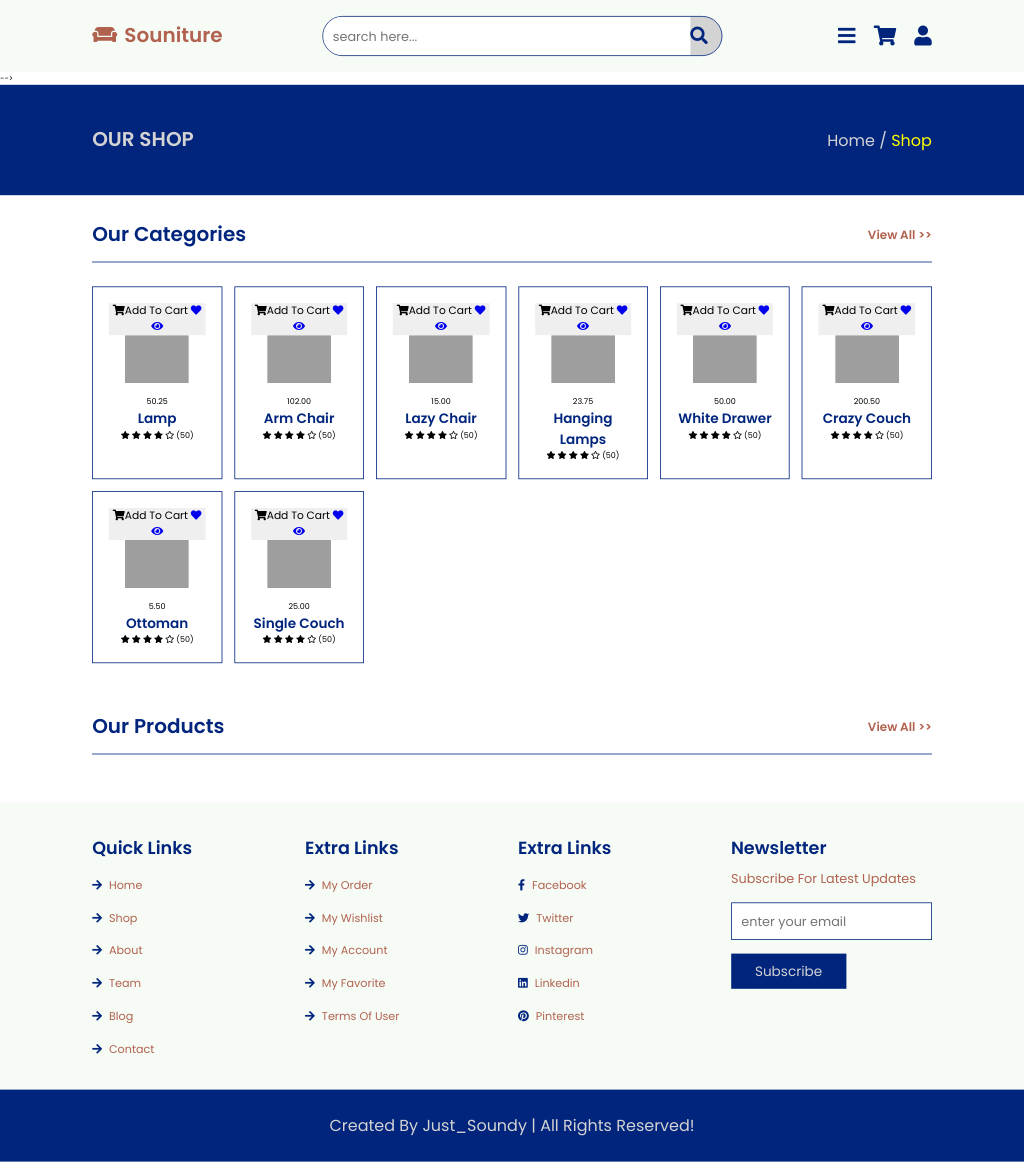
Repository: spencersoundy/furniture-store
Page: shop.html
An editor plug-in stored every save of this project. The page is shown before and after a run of saves, followed by the edit.
The browser window is 1280 px wide. The pictures show the whole page, at 80% of full size.
Pictures or frames that could not be fetched are drawn as grey boxes.

Above is the page before, as saved 2023-05-02 15:24:19.
Console error: TypeError: Cannot read properties of null (reading 'addEventListener')

### shop.html
<!DOCTYPE html>
<html lang="en">
<head>
    <meta charset="UTF-8">
    <meta http-equiv="X-UA-Compatible" content="IE=edge">
    <meta name="viewport" content="width=device-width, initial-scale=1.0">
    <title>shop</title>

    <!-- font awesome cdn link  -->
    <link rel="stylesheet" href="https://cdnjs.cloudflare.com/ajax/libs/font-awesome/5.15.4/css/all.min.css">

    <!-- custom css file link  -->
    <link rel="stylesheet" href="css/style.css">

</head>
<body>

<!-- header section starts  -->

<header class="header">

    <a href="home.html" class="logo"> <i class="fas fa-couch"></i> Souniture </a>

    <form action="" class="search-form">
        <input type="search" placeholder="search here..." id="search-box">
        <label for="search-box" class="fas fa-search"></label>
    </form>

    <div class="icons">
        <div id="menu-btn" class="fas fa-bars"></div>
        <div id="search-btn" class="fas fa-search"></div>
        <div id="cart-btn" class="fas fa-shopping-cart"></div>
        <div id="login-btn" class="fas fa-user"></div>
    </div>

</header>

<!-- header section ends  -->

<!-- closer btn  -->

<div id="closer" class="fas fa-times"></div>

<!-- navbar  -->

<nav class="navbar">
    <a href="home.html">home</a>
    <a href="shop.html">shop</a>
    <a href="about.html">about</a>
    <a href="team.html">team</a>
    <a href="blog.html">blog</a>
    <a href="contact.html">contact</a>
</nav>

<!-- shopping cart  -->

<div class="shopping-cart">

    <div class="box">
        <i class="fas fa-times"></i>
        <img src="image/cart-img-1.jpg" alt="">
        <div class="content">
            <h3>morden furniture</h3>
            <span class="quantity"> 1 </span>
            <span class="multiply"> x </span>
            <span class="price"> $140.00 </span>
        </div>
    </div>

     <div class="box">
        <i class="fas fa-times"></i>
        <img src="image/cart-img-2.jpg" alt="">
        <div class="content">
            <h3>morden furniture</h3>
            <span class="quantity"> 1 </span>
            <span class="multiply"> x </span>
            <span class="price"> $140.00 </span>
        </div>
    </div>

    <div class="box">
        <i class="fas fa-times"></i>
        <img src="image/cart-img-3.jpg" alt="">
        <div class="content">
            <h3>morden furniture</h3>
            <span class="quantity"> 1 </span>
            <span class="multiply"> x </span>
            <span class="price"> $140.00 </span>
        </div>
    </div>

    <div class="box">
        <i class="fas fa-times"></i>
        <img src="image/cart-img-4.jpg" alt="">
        <div class="content">
            <h3>morden furniture</h3>
            <span class="quantity"> 1 </span>
            <span class="multiply"> x </span>
            <span class="price"> $140.00 </span>
        </div>
    </div>

    <h3 class="total"> total : <span>$560.00</span> </h3>

    <a href="#" class="btn">checkout cart</a>

</div> -->

<!-- login form  -->

<div class="login-form">

    <form action="">
        <h3>login form</h3>
        <input type="email" placeholder="enter your email" class="box">
        <input type="password" placeholder="enter your password" class="box">
        <div class="remember">
            <input type="checkbox" name="" id="remember-me">
            <label for="remember-me">remember me</label>
        </div>
        <input type="submit" value="login now" class="btn">
        <p>forget password? <a href="#">click here</a></p>
        <p>don't have an account? <a href="#">create now</a></p>
    </form>

</div>

<section class="heading">
    <h3>our shop</h3>
    <p> <a href="home.html">home</a> / <span>shop</span> </p>
</section>

<section class="category">

    <h1 class="title"> <span>our categories</span> <a href="#">view all >></a> </h1>

    <div class="box-container">

        <a href="#" class="box">
            <img src="image/icon-1.png" alt="">
            <h3>house sofa</h3>
        </a>

        <a href="#" class="box">
            <img src="image/icon-2.png" alt="">
            <h3>working table</h3>
        </a>

        <a href="#" class="box">
            <img src="image/icon-3.png" alt="">
            <h3>corner table</h3>
        </a>

        <a href="#" class="box">
            <img src="image/icon-4.png" alt="">
            <h3>office chair</h3>
        </a>

        <a href="#" class="box">
            <img src="image/icon-5.png" alt="">
            <h3>new wardrobe</h3>
        </a>

    </div>

</section>

<section class="products">

    <h1 class="title"> <span>our products</span> <a href="#">view all >></a> </h1>

    <div class="box-container">

        <!-- <div class="box">
            <div class="icons">
                <a href="#" class="fas fa-shopping-cart"></a>
                <a href="#" class="fas fa-heart"></a>
                <a href="#" class="fas fa-eye"></a>
            </div>
            <div class="image">
                <img src="image/product-1.jpg" alt="">
            </div>
            <div class="content">
                <div class="price">R2380.00</div>
                <h3>modern furniture</h3>
                <div class="stars">
                    <i class="fas fa-star"></i>
                    <i class="fas fa-star"></i>
                    <i class="fas fa-star"></i>
                    <i class="fas fa-star"></i>
                    <i class="far fa-star"></i>
                    <span> (50) </span>
                </div>
            </div>
        </div>

        <div class="box">
            <div class="icons">
                <a href="#" class="fas fa-shopping-cart"></a>
                <a href="#" class="fas fa-heart"></a>
                <a href="#" class="fas fa-eye"></a>
            </div>
            <div class="image">
                <img src="image/product-2.jpg" alt="">
            </div>
            <div class="content">
                <div class="price">R2380.00</div>
                <h3>modern furniture</h3>
                <div class="stars">
                    <i class="fas fa-star"></i>
                    <i class="fas fa-star"></i>
                    <i class="fas fa-star"></i>
                    <i class="fas fa-star"></i>
                    <i class="far fa-star"></i>
                    <span> (50) </span>
                </div>
            </div>
        </div>

        <div class="box">
            <div class="icons">
                <a href="#" class="fas fa-shopping-cart"></a>
                <a href="#" class="fas fa-heart"></a>
                <a href="#" class="fas fa-eye"></a>
            </div>
            <div class="image">
                <img src="image/product-3.jpg" alt="">
            </div>
            <div class="content">
                <div class="price">R2380.00</div>
                <h3>modern furniture</h3>
                <div class="stars">
                    <i class="fas fa-star"></i>
                    <i class="fas fa-star"></i>
                    <i class="fas fa-star"></i>
                    <i class="fas fa-star"></i>
                    <i class="far fa-star"></i>
                    <span> (50) </span>
                </div>
            </div>
        </div>

        <div class="box">
            <div class="icons">
                <a href="#" class="fas fa-shopping-cart"></a>
                <a href="#" class="fas fa-heart"></a>
                <a href="#" class="fas fa-eye"></a>
            </div>
            <div class="image">
                <img src="image/product-4.jpg" alt="">
            </div>
            <div class="content">
                <div class="price">R2380.00</div>
                <h3>modern furniture</h3>
                <div class="stars">
                    <i class="fas fa-star"></i>
                    <i class="fas fa-star"></i>
                    <i class="fas fa-star"></i>
                    <i class="fas fa-star"></i>
                    <i class="far fa-star"></i>
                    <span> (50) </span>
                </div>
            </div>
        </div>

        <div class="box">
            <div class="icons">
                <a href="#" class="fas fa-shopping-cart"></a>
                <a href="#" class="fas fa-heart"></a>
                <a href="#" class="fas fa-eye"></a>
            </div>
            <div class="image">
                <img src="image/product-5.jpg" alt="">
            </div>
            <div class="content">
                <div class="price">R2380.00</div>
                <h3>modern furniture</h3>
                <div class="stars">
                    <i class="fas fa-star"></i>
                    <i class="fas fa-star"></i>
                    <i class="fas fa-star"></i>
                    <i class="fas fa-star"></i>
                    <i class="far fa-star"></i>
                    <span> (50) </span>
                </div>
            </div>
        </div>

        <div class="box">
            <div class="icons">
                <a href="#" class="fas fa-shopping-cart"></a>
                <a href="#" class="fas fa-heart"></a>
                <a href="#" class="fas fa-eye"></a>
            </div>
            <div class="image">
                <img src="image/product-6.jpg" alt="">
            </div>
            <div class="content">
                <div class="price">R2380.00</div>
                <h3>modern furniture</h3>
                <div class="stars">
                    <i class="fas fa-star"></i>
                    <i class="fas fa-star"></i>
                    <i class="fas fa-star"></i>
                    <i class="fas fa-star"></i>
                    <i class="far fa-star"></i>
                    <span> (50) </span>
                </div>
            </div>
        </div>

        <div class="box">
            <div class="icons">
                <a href="#" class="fas fa-shopping-cart"></a>
                <a href="#" class="fas fa-heart"></a>
                <a href="#" class="fas fa-eye"></a>
            </div>
            <div class="image">
                <img src="image/product-7.jpg" alt="">
            </div>
            <div class="content">
                <div class="price">R2380.00</div>
                <h3>modern furniture</h3>
                <div class="stars">
                    <i class="fas fa-star"></i>
                    <i class="fas fa-star"></i>
                    <i class="fas fa-star"></i>
                    <i class="fas fa-star"></i>
                    <i class="far fa-star"></i>
                    <span> (50) </span>
                </div>
            </div>
        </div>

        <div class="box">
            <div class="icons">
                <a href="#" class="fas fa-shopping-cart"></a>
                <a href="#" class="fas fa-heart"></a>
                <a href="#" class="fas fa-eye"></a>
            </div>
            <div class="image">
                <img src="image/product-8.jpg" alt="">
            </div>
            <div class="content">
                <div class="price">R2380.00</div>
                <h3>modern furniture</h3>
                <div class="stars">
                    <i class="fas fa-star"></i>
                    <i class="fas fa-star"></i>
                    <i class="fas fa-star"></i>
                    <i class="fas fa-star"></i>
                    <i class="far fa-star"></i>
                    <span> (50) </span>
                </div>
            </div>
        </div>-->

    </div>

</section>




















<!-- footer section  -->

<section class="footer">

    <div class="box-container">

        <div class="box">
            <h3>quick links</h3>
            <a href="home.html"> <i class="fas fa-arrow-right"></i> home</a>
            <a href="shop.html"> <i class="fas fa-arrow-right"></i> shop</a>
            <a href="about.html"> <i class="fas fa-arrow-right"></i> about</a>
            <a href="team.html"> <i class="fas fa-arrow-right"></i> team</a>
            <a href="blog.html"> <i class="fas fa-arrow-right"></i> blog</a>
            <a href="contact.html"> <i class="fas fa-arrow-right"></i> contact</a>
        </div>

        <div class="box">
            <h3>extra links</h3>
            <a href="#"> <i class="fas fa-arrow-right"></i> my order</a>
            <a href="#"> <i class="fas fa-arrow-right"></i> my wishlist</a>
            <a href="#"> <i class="fas fa-arrow-right"></i> my account</a>
            <a href="#"> <i class="fas fa-arrow-right"></i> my favorite</a>
            <a href="#"> <i class="fas fa-arrow-right"></i> terms of user</a>
        </div>

        <div class="box">
            <h3>extra links</h3>
            <a href="#"> <i class="fab fa-facebook-f"></i> facebook</a>
            <a href="#"> <i class="fab fa-twitter"></i> twitter</a>
            <a href="#"> <i class="fab fa-instagram"></i> instagram</a>
            <a href="#"> <i class="fab fa-linkedin"></i> linkedin</a>
            <a href="#"> <i class="fab fa-pinterest"></i> pinterest</a>
        </div>

        <div class="box">
            <h3>newsletter</h3>
            <p>subscribe for latest updates</p>
            <form action="">
                <input type="email" name="" placeholder="enter your email" id="">
                <input type="submit" value="subscribe" class="btn">
            </form>
        </div>

    </div>

</section>

<section class="credit">
    created by Just_Soundy | all rights reserved!
</section>

<!-- custom js file link  -->
<script src="js/script.js"></script>

</body>
</html>

### js/script.js
let closer = document.querySelector('#closer');

closer.onclick = () =>{
    closer.style.display = 'none';
    navbar.classList.remove('active');
    cart.classList.remove('active');
    loginForm.classList.remove('active');
}

let navbar = document.querySelector('.navbar');

document.querySelector('#menu-btn').onclick = () =>{
    closer.style.display = 'block';
    navbar.classList.toggle('active');
}

let cart = document.querySelector('.shopping-cart');

document.querySelector('#cart-btn').onclick = () =>{
    closer.style.display = 'block';
    cart.classList.toggle('active');
}

let loginForm = document.querySelector('.login-form');

document.querySelector('#login-btn').onclick = () =>{
    closer.style.display = 'block';
    loginForm.classList.toggle('active');
}

let searchForm = document.querySelector('.header .search-form');

document.querySelector('#search-btn').onclick = () =>{
    searchForm.classList.toggle('active');
}

window.onscroll = () =>{
    searchForm.classList.remove('active');
}

let slides = document.querySelectorAll('.home .slides-container .slide');
let index = 0;

function next(){
    slides[index].classList.remove('active');
    index = (index + 1) % slides.length;
    slides[index].classList.add('active');
}

function prev(){
    slides[index].classList.remove('active');
    index = (index - 1 + slides.length) % slides.length;
    slides[index].classList.add('active');
}

// variables and constants
const cartContainer = document.querySelector('.cart-container');
const productList = document.querySelector('.box-container');
const cartList = document.querySelector('.cart-list');
const cartTotalValue = document.getElementById('cart-total-value');
const cartCountInfo = document.getElementById('cart-count-info');
let cartItemID = 1;

eventListeners();

// all event listeners
function eventListeners(){
    window.addEventListener('DOMContentLoaded', () => {
        loadJSON();
        loadCart();
    });
    // toggle navbar when toggle button is clicked
    document.querySelector('.navbar-toggler').addEventListener('click', () => {
        document.querySelector('.navbar-collapse').classList.toggle('show-navbar');
    });

    // show/hide cart container
    document.getElementById('cart-btn').addEventListener('click', () => {
        cartContainer.classList.toggle('show-cart-container');
    });

    // add to cart
    productList.addEventListener('click', purchaseProduct);

    // delete from cart
    cartList.addEventListener('click', deleteProduct);
}

// update cart info
function updateCartInfo(){
    let cartInfo = findCartInfo();
    cartCountInfo.textContent = cartInfo.productCount;
    cartTotalValue.textContent = cartInfo.total;
}

// load product items content form JSON file
function loadJSON(){
    fetch('furniture.json')
    .then(response => response.json())
    .then(data =>{
        let html = '';
        data.forEach(product => {
            html += `
             <div class="box">
                <div class="icons">
                <button type= "button" class = "add-to-cart-btn">
                    <i  class="fas fa-shopping-cart"></i>Add To Cart
                    <a href="#" class="fas fa-heart"></a>
                    <a href="#" class="fas fa-eye"></a>
                </div>
                <div class="image">
                    <img src="${product.Imgsrc}" alt="">
                </div>
                <div class="content">
                    <div class="price">${product.price}</div>
                    <h3>${product.name}</h3>
                    <div class="stars">
                        <i class="fas fa-star"></i>
                        <i class="fas fa-star"></i>
                        <i class="fas fa-star"></i>
                        <i class="fas fa-star"></i>
                        <i class="far fa-star"></i>
                        <span> (50) </span>
                    </div>
                </div>
            </div>
            `;
        });
        productList.innerHTML = html;
    })
    //.catch(error => {
      //  alert(`User live server or local server`);
        //URL scheme must be "http" or "https" for CORS request. You need to be serving your index.html locally or have your site hosted on a live server somewhere for the Fetch API to work properly.
   // })
}


// purchase product
function purchaseProduct(e){
    if(e.target.classList.contains('add-to-cart-btn')){
        let product = e.target.parentElement.parentElement;
        getProductInfo(product);
    }
}

// get product info after add to cart button click
function getProductInfo(product){
    let productInfo = {
        id: cartItemID,
        imgSrc: product.querySelector('.product-img img').src,
        name: product.querySelector('.product-name').textContent,
        category: product.querySelector('.product-category').textContent,
        price: product.querySelector('.product-price').textContent
    }
    cartItemID++;
    addToCartList(productInfo);
    saveProductInStorage(productInfo);
}

// add the selected product to the cart list
function addToCartList(product){
    const cartItem = document.createElement('div');
    cartItem.classList.add('cart-item');
    cartItem.setAttribute('data-id', `${product.id}`);
    cartItem.innerHTML = `
        <img src = "${product.imgSrc}" alt = "product image">
        <div class = "cart-item-info">
            <h3 class = "cart-item-name">${product.name}</h3>
            <span class = "cart-item-category">${product.category}</span>
            <span class = "cart-item-price">${product.price}</span>
        </div>

        <button type = "button" class = "cart-item-del-btn">
            <i class = "fas fa-times"></i>
        </button>
    `;
    cartList.appendChild(cartItem);
}

// save the product in the local storage
function saveProductInStorage(item){
    let products = getProductFromStorage();
    products.push(item);
    localStorage.setItem('products', JSON.stringify(products));
    updateCartInfo();
}

// get all the products info if there is any in the local storage
function getProductFromStorage(){
    return localStorage.getItem('products') ? JSON.parse(localStorage.getItem('products')) : [];
    // returns empty array if there isn't any product info
}

// load carts product
function loadCart(){
    let products = getProductFromStorage();
    if(products.length < 1){
        cartItemID = 1; // if there is no any product in the local storage
    } else {
        cartItemID = products[products.length - 1].id;
        cartItemID++;
        // else get the id of the last product and increase it by 1
    }
    products.forEach(product => addToCartList(product));

    // calculate and update UI of cart info
    updateCartInfo();
}

// calculate total price of the cart and other info
function findCartInfo(){
    let products = getProductFromStorage();
    let total = products.reduce((acc, product) => {
        let price = parseFloat(product.price.substr(1)); // removing dollar sign
        return acc += price;
    }, 0); // adding all the prices

    return{
        total: total.toFixed(2),
        productCount: products.length
    }
}

// delete product from cart list and local storage
function deleteProduct(e){
    let cartItem;
    if(e.target.tagName === "BUTTON"){
        cartItem = e.target.parentElement;
        cartItem.remove(); // this removes from the DOM only
    } else if(e.target.tagName === "I"){
        cartItem = e.target.parentElement.parentElement;
        cartItem.remove(); // this removes from the DOM only
    }

    let products = getProductFromStorage();
    let updatedProducts = products.filter(product => {
        return product.id !== parseInt(cartItem.dataset.id);
    });
    localStorage.setItem('products', JSON.stringify(updatedProducts)); // updating the product list after the deletion
    updateCartInfo();
}

Loaded but not shown: furniture.json (51 lines, source omitted); css/style.css (1189 lines, source omitted)

After the next 6 saves:
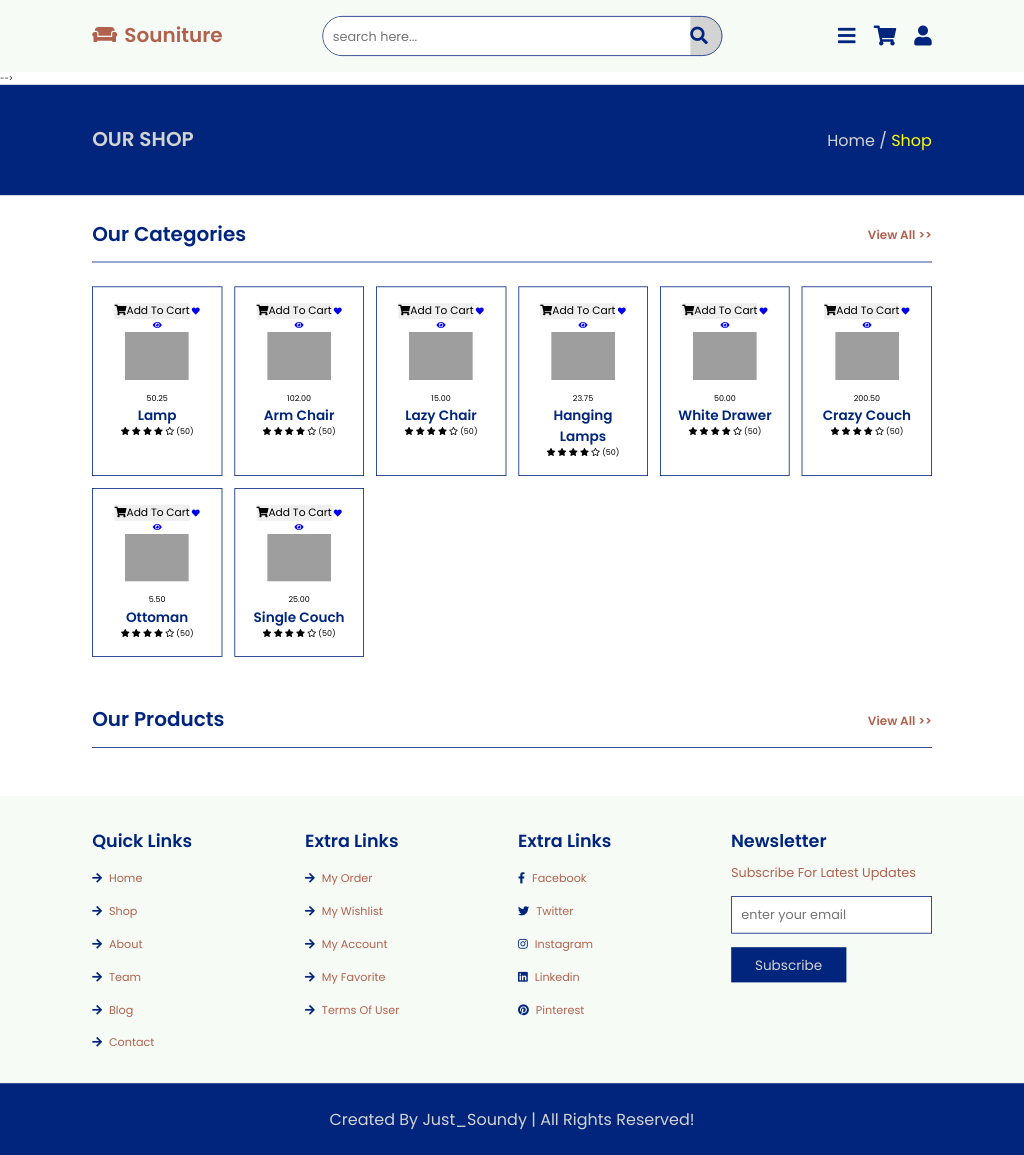
The 6 saves are shown as one change because they came seconds apart.
The last was saved 15 s later.
--- a/js/script.js
+++ b/js/script.js
@@ -105,6 +105,7 @@ function loadJSON(){
                 <div class="icons">
                 <button type= "button" class = "add-to-cart-btn">
                     <i  class="fas fa-shopping-cart"></i>Add To Cart
+                    </button>
                     <a href="#" class="fas fa-heart"></a>
                     <a href="#" class="fas fa-eye"></a>
                 </div>
